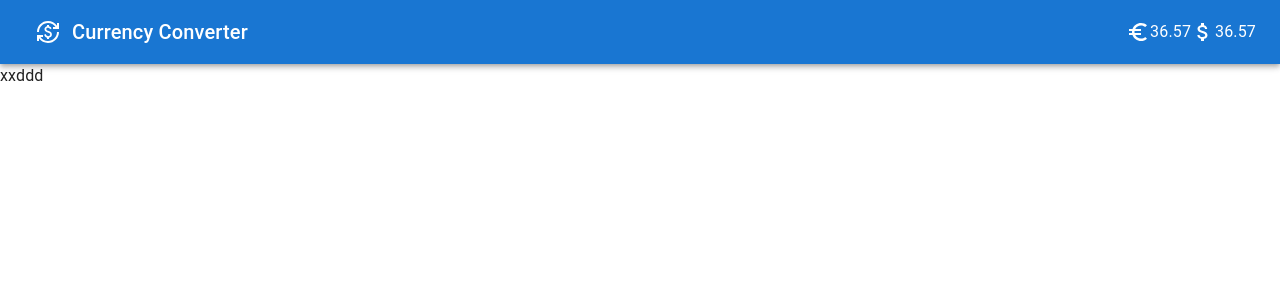
Repository: rutsguifd/currency-converter
Page: /
The author's editor kept a copy of each file at every save. The page is drawn from the files as they stood at one save, then again after the next save.
The browser window is 1280 px wide. The pictures show the whole page.
The project was rebuilt for these pictures with package versions that can differ from the ones it lists, and the page was loaded fresh each time.

Above is the page before, as saved 2023-03-27 23:08:48.

### src/index.js
import { CssBaseline } from "@mui/material";
import React from "react";
import ReactDOM from "react-dom/client";
import { Provider } from "react-redux";
import { BrowserRouter } from "react-router-dom";
import App from "./App";
import { setupStore } from "./store";

const store = setupStore();

const root = ReactDOM.createRoot(document.getElementById("root"));
root.render(
  <Provider store={store}>
    <BrowserRouter>
      <CssBaseline>
        <App />
      </CssBaseline>
    </BrowserRouter>
  </Provider>
);

### src/App.js
import AppRouter from "./router/AppRouter";

function App() {
  return (
    <>
      <AppRouter />
    </>
  );
}

export default App;

### src/store/index.js
import { combineReducers, configureStore } from "@reduxjs/toolkit";
import { ConverterAPI } from "./ConverterService";

const rootReducer = combineReducers({
  [ConverterAPI.reducerPath]: ConverterAPI.reducer,
});

export const setupStore = () => {
  return configureStore({
    reducer: rootReducer,
    middleware: (getDefaultMiddleware) =>
      getDefaultMiddleware().concat(ConverterAPI.middleware),
  });
};

### src/router/AppRouter.jsx
import React from "react";
import { Route, Routes } from "react-router-dom";
import HomePage from "../pages/HomePage";

const AppRouter = () => {
  return (
    <Routes>
      <Route path="/" element={<HomePage />} />
    </Routes>
  );
};

export default AppRouter;

### src/store/ConverterService.js
import { createApi, fetchBaseQuery } from "@reduxjs/toolkit/dist/query/react";

const BASE_URL = "https://api.apilayer.com/exchangerates_data/";

const BASE_QUERY = fetchBaseQuery({
  baseUrl: BASE_URL,
  prepareHeaders: (headers) => {
    headers.set("apikey", "3yTPGVUhUYyAGGgNkKb2MySzxmY4qcWi");
    return headers;
  },
});

export const ConverterAPI = createApi({
  reducerPath: "ConverterAPI",
  baseQuery: BASE_QUERY,
  tagTypes: ["ConverterAPI"],
  endpoints: (build) => ({
    getLatestCurrency: build.query({
      query: ({ symbols, base }) => `latest?symbols=${symbols}&base=${base}`,
    }),
  }),
});

### src/pages/HomePage.jsx
import React from "react";
import MainLayout from "../layout/MainLayout";

const HomePage = () => {
  return <MainLayout>xxddd</MainLayout>;
};

export default HomePage;

### src/layout/MainLayout.jsx
import React from "react";
import Header from "../components/Header";

const MainLayout = ({ children }) => {
  return (
    <>
      <Header />
      {children}
    </>
  );
};

export default MainLayout;

### src/components/Header.jsx
import { AppBar, Box, IconButton, Toolbar, Typography } from "@mui/material";
import CurrencyExchangeIcon from "@mui/icons-material/CurrencyExchange";
import EuroSymbolIcon from "@mui/icons-material/EuroSymbol";
import AttachMoneyIcon from "@mui/icons-material/AttachMoney";
import React from "react";
import { ConverterAPI } from "../store/ConverterService";

const Header = () => {
  //   const {
  //     data: USDData,
  //     error: USDError,
  //     isLoading: USDLoading,
  //   } = ConverterAPI.useGetLatestCurrencyQuery({
  //     symbols: "UAH",
  //     base: "USD",
  //   });
  //   const {
  //     data: EURData,
  //     error: EURError,
  //     isLoading: EURLoading,
  //   } = ConverterAPI.useGetLatestCurrencyQuery({
  //     symbols: "UAH",
  //     base: "USD",
  //   });
  return (
    <Box sx={{ flexGrow: 1 }}>
      <AppBar position="static">
        <Toolbar>
          <IconButton size="large" color="inherit">
            <CurrencyExchangeIcon />
          </IconButton>
          <Typography variant="h6" component="div" sx={{ flexGrow: 1 }}>
            Currency Converter
          </Typography>
          <Box display="flex" flexDirection="row">
            <EuroSymbolIcon />
            <Typography>36.57</Typography>
          </Box>
          <Box display="flex" flexDirection="row">
            <AttachMoneyIcon />
            <Typography>36.57</Typography>
          </Box>
        </Toolbar>
      </AppBar>
    </Box>
  );
};

export default Header;

Loaded but not shown: public/index.html (common file)

After the next save:
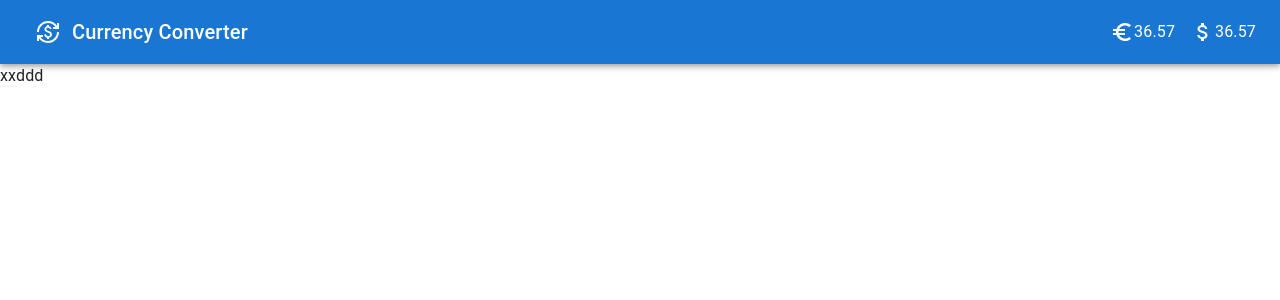
Saved 10 s later.
--- a/src/components/Header.jsx
+++ b/src/components/Header.jsx
@@ -32,7 +32,7 @@ const Header = () => {
           <Typography variant="h6" component="div" sx={{ flexGrow: 1 }}>
             Currency Converter
           </Typography>
-          <Box display="flex" flexDirection="row">
+          <Box margin={2} display="flex" flexDirection="row">
             <EuroSymbolIcon />
             <Typography>36.57</Typography>
           </Box>
